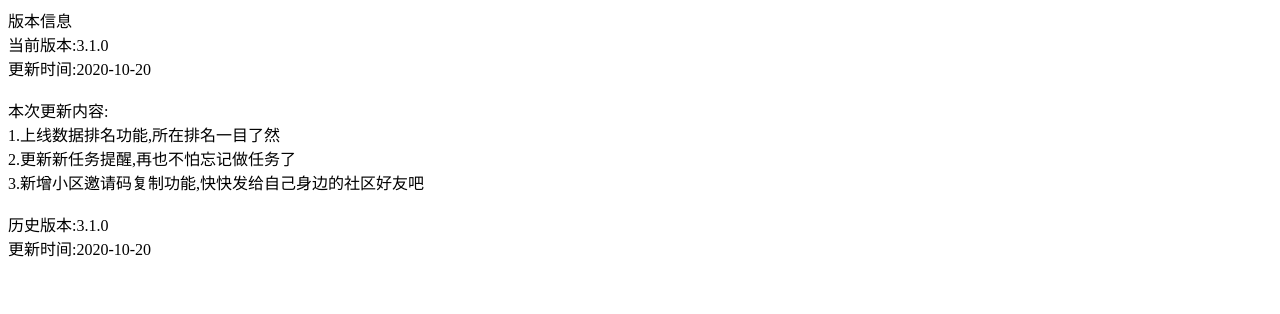
Repository: zhougz9527/yeweihui-v5
Page: yeweihui-admin/src/main/resources/templates/modules/version/version.html
An editor plug-in stored every save of this project. The page is shown before and after a run of saves, followed by the edit.
The browser window is 1280 px wide. The pictures show the whole page.

Above is the page before, as saved 2020-10-20 10:23:05.

### yeweihui-admin/src/main/resources/templates/modules/version/version.html
<!DOCTYPE html>
<html>
<head>
    <title>版本信息</title>

    <style>
    </style>

</head>
<body>
<div>
    <div>
        <div>
            版本信息
        </div>
        <div>
            <div>
                当前版本:3.1.0<br/>
                更新时间:2020-10-20<br/>
                <br/>
                本次更新内容: <br/>
                1.上线数据排名功能,所在排名一目了然<br/>
                2.更新新任务提醒,再也不怕忘记做任务了<br/>
                3.新增小区邀请码复制功能,快快发给自己身边的社区好友吧<br/>
                <br/>
                历史版本:3.1.0<br/>
                更新时间:2020-10-20
            </div>
        </div>
    </div>
</div>

</body>
</html>

After the next 2 saves:
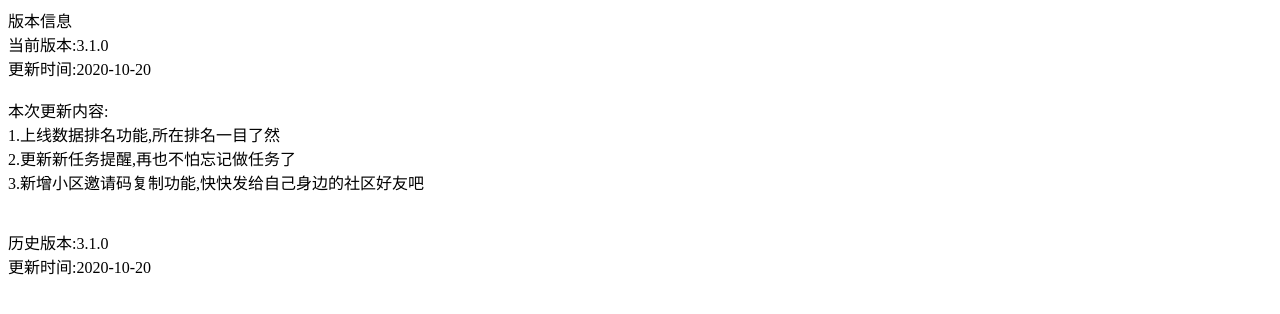
The 2 saves are shown as one change because they came seconds apart.
The last was saved 43 s later.
--- a/yeweihui-admin/src/main/resources/templates/modules/version/version.html
+++ b/yeweihui-admin/src/main/resources/templates/modules/version/version.html
@@ -19,10 +19,13 @@
                 更新时间:2020-10-20<br/>
                 <br/>
                 本次更新内容: <br/>
-                1.上线数据排名功能,所在排名一目了然<br/>
-                2.更新新任务提醒,再也不怕忘记做任务了<br/>
-                3.新增小区邀请码复制功能,快快发给自己身边的社区好友吧<br/>
-                <br/>
+                <div>
+                    1.上线数据排名功能,所在排名一目了然<br/>
+                    2.更新新任务提醒,再也不怕忘记做任务了<br/>
+                    3.新增小区邀请码复制功能,快快发给自己身边的社区好友吧<br/>
+                    <br/>
+                </div>
+                    <br/>
                 历史版本:3.1.0<br/>
                 更新时间:2020-10-20
             </div>
